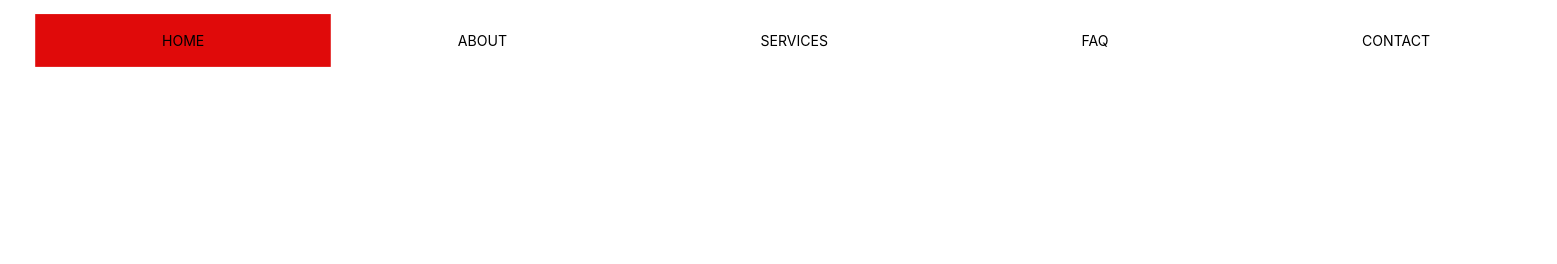
Repository: sriram1224/reactas1.github.io
Page: /
An editor plug-in stored every save of this project. The page is shown before and after the next save, followed by the edit.
The browser window is 1280 px wide. The page is 1769 px wide, so the pictures cover 1769 px, including what lies to the right of the window. The pictures show the whole page, at 88% of full size.
The project was rebuilt for these pictures with package versions that can differ from the ones it lists, and the page was loaded fresh each time.

Above is the page before, as saved 2024-03-05 07:00:07.

After the next save:
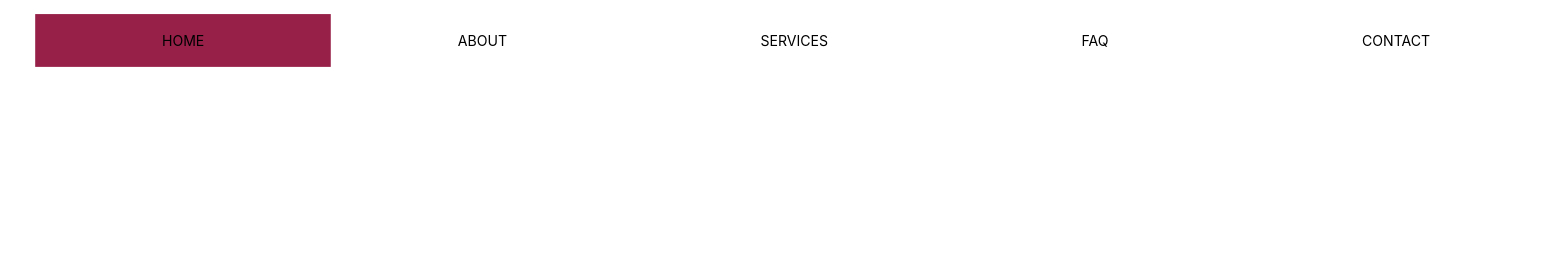
Saved 43 s later.
--- a/src/Components/Nav.css
+++ b/src/Components/Nav.css
@@ -22,5 +22,5 @@
 }
 #first{
 
-    background-color: rgb(224, 10, 10);
+    background-color: rgb(151,32,72);
 }
